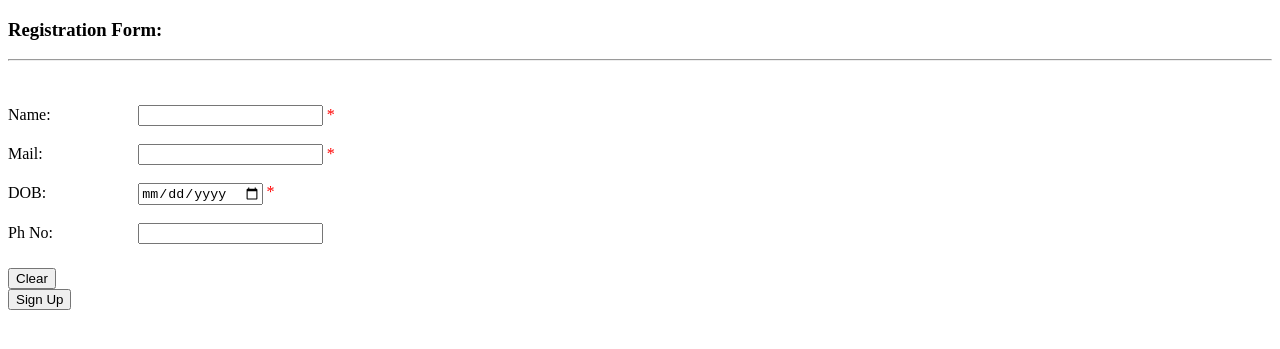
Repository: KrishnaSandeep79/WPS-Assignment
Page: WPS/WebContent/reg.html
The author's editor kept a copy of each file at every save. The page is drawn from the files as they stood at one save, then again after the next save.
The browser window is 1280 px wide. The pictures show the whole page.

Above is the page before, as saved 2019-08-24 09:17:25.
Console error: SyntaxError: Unexpected token '<'

### WPS/WebContent/reg.html
<!DOCTYPE html>
<html>
<head>
<meta charset="ISO-8859-1">
<title>reg form</title>
<script type="text/javascript">
function validateEmail(){
	emailPattern=/^[a-zA-Z]{1}[a-zA-Z0-9]{5,15}@{1}[a-z]{5,8}[.]{1}com$/
	emailStr=document.getElementById("email").value;
	emailObj=document.getElementById("invalid");
	if(!emailPattern.test(emailStr))
	{
		emailObj.innerHTML="Invalid Email";
	}
}
function validateName(){
	namePattern=/^[A-Z][a-zA-Z ]{5,20}$/
	nameStr=document.getElementById("name").value;
	nameObj=document.getElementById("invalid_name");
	if(!namePattern.test(nameStr))
	{
	    nameObj.innerHTML="Invalid Name";
	}
}
function validatePassword(){

	    passPattern=/^(?=.*[A-Z].*[A-Z])(?=.*[$@].*[$@])([a-z0-9A-Z$@#]).{6,20}$/
		passStr=document.getElementById("pass").value;
		passObj=document.getElementById("invalid_pass");
		if(!passPattern.test(passStr))
		{
		    passObj.innerHTML="Invalid Password";
		}
}

function validateAge(){

		var dob=document.getElementById("date").value;
		var dobObj=document.getElementById("age")
		var date=new Date();
		var x=parseInt(date.getFullYear());
		var y=dob.split("-");
		var z=parseInt(y[0]);
		if((x-z)<18)
			{
			  dobObj.innerHTML="Your age should be greater than 18"
			}
}

function terms()
{
	var txt;
	if(confirm("Do you accept to our terms and conditions"))
		{
		 alert("You have registered successfully");

		}
	else
		{
		alert("Better luck next time");
		}
	<?--document.getElementById("response").innerHTML=txt;-->
}


</script>
</head>
<body>
<h3>Registration Form:</h3>
<hr>
<br>
<br>
<form action="" onsubmit="terms()">
<label>Name:<input style="margin-left:87px" type="text" name="name" onblur="validateName()" id="name" required></label>
<span style="color:red;">*</span>
<b style="color:tomato;" id="invalid_name"></b>
<br>
<br>
<label>Mail:<input style="margin-left:95px" type="email" name="mail" onblur="validateEmail()" id="email" required></label>
<span style="color:red;">*</span>
<b style="color:tomato;" id="invalid"></b>
<br>
<br>
<label>DOB:<input style="margin-left:92px" type="date" name="date_of_birth" onblur="validateAge()" id="date" required></label>
<span style="color:red;">*</span>
<b style="color:tomato;" id="age"></b>
<br>
<br>
<label>Ph No:<input style="margin-left:85px" type="text" name="number"></label>
<br>
<br>
<b id="response" style="font-size:24px;"></b>
<input type="reset" value="Clear"><br>
<input type="submit" value="Sign Up">
</form>
</body>
</html>

After the next save:
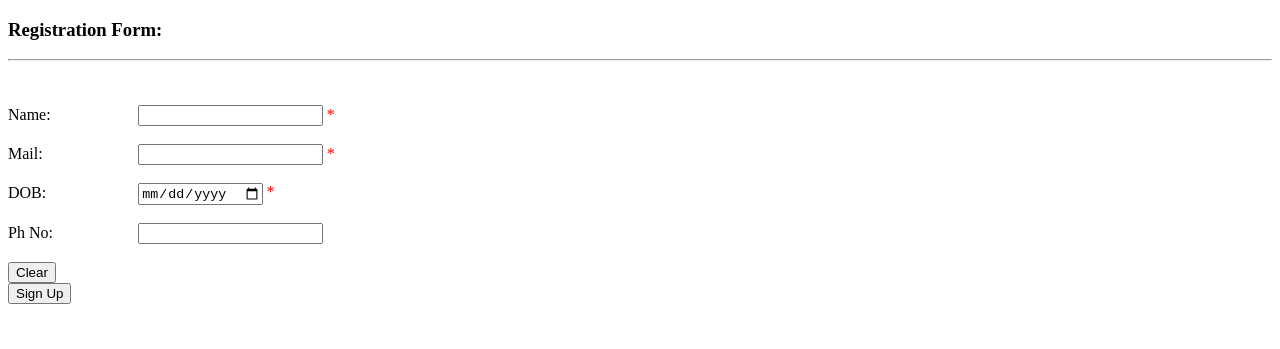
The error is gone.
Saved 68 s later.
--- a/WPS/WebContent/reg.html
+++ b/WPS/WebContent/reg.html
@@ -59,7 +59,6 @@
 		{
 		alert("Better luck next time");
 		}
-	<?--document.getElementById("response").innerHTML=txt;-->
 }
 
 
@@ -89,7 +88,6 @@
 <label>Ph No:<input style="margin-left:85px" type="text" name="number"></label>
 <br>
 <br>
-<b id="response" style="font-size:24px;"></b>
 <input type="reset" value="Clear"><br>
 <input type="submit" value="Sign Up">
 </form>
